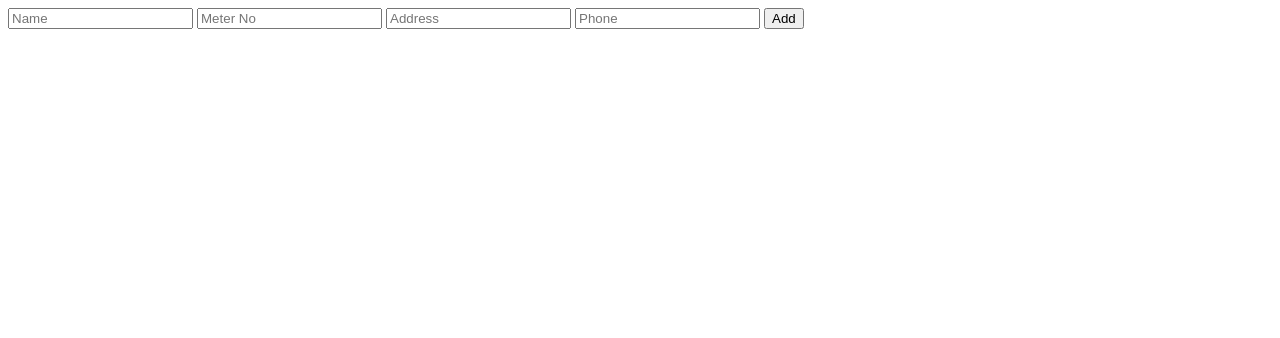
Repository: sasidhar1029/LocalFiles
Page: http://localhost/Electricity_Billing_System/addCustomer.jsp
An editor plug-in stored every save of this project. The page is shown before and after the next save, followed by the edit.
The browser window is 1280 px wide. The pictures show the whole page.
The page is served by Tomcat 10.

Above is the page before, as saved 2026-02-25 06:34:48.

After the next save:
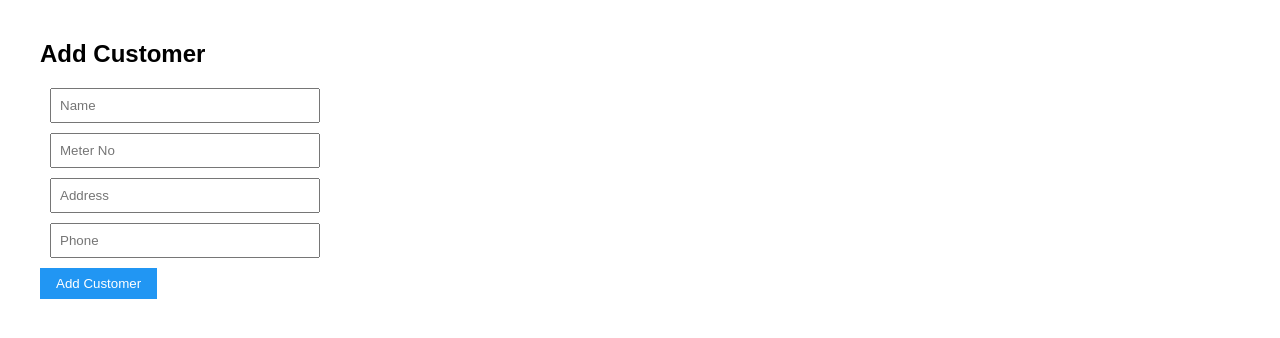
Saved 2 min 7 s later.
--- a/Electricity_Billing_System/src/main/webapp/addCustomer.jsp
+++ b/Electricity_Billing_System/src/main/webapp/addCustomer.jsp
@@ -1,18 +1,32 @@
 <%@ page language="java" contentType="text/html; charset=UTF-8"
-    pageEncoding="UTF-8"%>
+pageEncoding="UTF-8"%>
 <!DOCTYPE html>
 <html>
 <head>
 <meta charset="UTF-8">
-<title>Insert title here</title>
+<title>Add Customer</title>
+
+<style>
+body{font-family:Arial;margin:40px}
+input{display:block;margin:10px;padding:8px;width:250px}
+button{padding:8px 16px;background:#2196f3;color:#fff;border:none}
+</style>
+
 </head>
 <body>
+
+<h2>Add Customer</h2>
+
 <form action="addCustomer" method="post">
-<input name="name" placeholder="Name">
-<input name="meter" placeholder="Meter No">
-<input name="address" placeholder="Address">
-<input name="phone" placeholder="Phone">
-<button>Add</button>
+
+<input name="name" placeholder="Name" required>
+<input name="meter" placeholder="Meter No" required>
+<input name="address" placeholder="Address" required>
+<input name="phone" placeholder="Phone" required>
+
+<button type="submit">Add Customer</button>
+
 </form>
+
 </body>
 </html>
